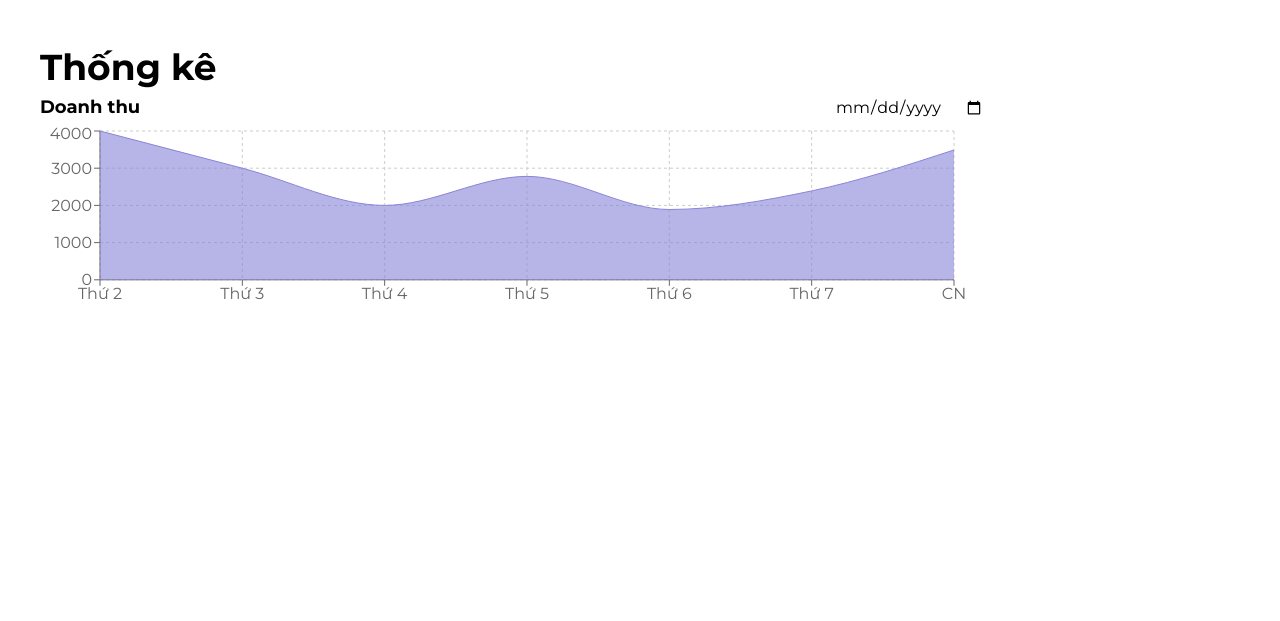
Repository: iphoneboy46/AltaMediaCMS
Page: /
An editor plug-in stored every save of this project. The page is shown before and after the next save, followed by the edit.
The browser window is 1280 px wide. The pictures show the whole page.
Some web libraries are served in a nearby version. The project was rebuilt for these pictures with package versions that can differ from the ones it lists, and the page was loaded fresh each time.

Above is the page before, as saved 2023-03-26 22:01:20.

### public/index.html
<!DOCTYPE html>
<html lang="en">
  <head>
    <meta charset="utf-8" />
    <link rel="icon" href="%PUBLIC_URL%/favicon.ico" />
    <meta name="viewport" content="width=device-width, initial-scale=1" />
    <meta name="theme-color" content="#000000" />
    <meta
      name="description"
      content="Web site created using create-react-app"
    />
    <link rel="apple-touch-icon" href="%PUBLIC_URL%/logo192.png" />
    <!--
      manifest.json provides metadata used when your web app is installed on a
      user's mobile device or desktop. See https://developers.google.com/web/fundamentals/web-app-manifest/
    -->
    <link rel="manifest" href="%PUBLIC_URL%/manifest.json" />
    <!--
      Notice the use of %PUBLIC_URL% in the tags above.
      It will be replaced with the URL of the `public` folder during the build.
      Only files inside the `public` folder can be referenced from the HTML.

      Unlike "/favicon.ico" or "favicon.ico", "%PUBLIC_URL%/favicon.ico" will
      work correctly both with client-side routing and a non-root public URL.
      Learn how to configure a non-root public URL by running `npm run build`.
    -->
    <link rel="stylesheet" href="https://cdnjs.cloudflare.com/ajax/libs/font-awesome/6.3.0/css/all.min.css" integrity="sha512-SzlrxWUlpfuzQ+pcUCosxcglQRNAq/DZjVsC0lE40xsADsfeQoEypE+enwcOiGjk/bSuGGKHEyjSoQ1zVisanQ==" crossorigin="anonymous" referrerpolicy="no-referrer" />
    <title>React App</title>
  </head>
  <body>
    <noscript>You need to enable JavaScript to run this app.</noscript>
    <div id="root"></div>
    <!--
      This HTML file is a template.
      If you open it directly in the browser, you will see an empty page.

      You can add webfonts, meta tags, or analytics to this file.
      The build step will place the bundled scripts into the <body> tag.

      To begin the development, run `npm start` or `yarn start`.
      To create a production bundle, use `npm run build` or `yarn build`.
    -->
  </body>
</html>

### src/App.tsx

import './App.css';
import Home from './components/Home/Home';
import MenuBar from './components/Menu/MenuBar';

function App() {
  return (
    <div className="App">
      {/* <MenuBar /> */}
      <Home />
    </div>
  );
}

export default App;

### src/App.css
@import url('https://fonts.googleapis.com/css2?family=Montserrat:wght@300;400;500;700&display=swap');

*{
  margin: 0;
  padding: 0;
  box-sizing: border-box;
  font-family: 'Montserrat', sans-serif;
}

### src/components/Home/Home.tsx
import React from 'react'
import Charts from '../Charts/Charts'

function Home() {
  return (
    <div className="w-[80%] bg-[white] p-10">
        <div className="">
            <h1 className="text-[black] text-[36px] font-[700]">Thống kê</h1>
        </div>
        <div className="flex items-center justify-between">
           <div> <h2 className="text-[black] text-[18px] font-[600]">Doanh thu</h2></div>
           <div>
             <input className="" type="date" value="" />
           </div>
        </div>
        <Charts />
    </div>
  )
}

export default Home

### src/components/Charts/Charts.tsx
import React from "react";
import {
  AreaChart,
  Area,
  XAxis,
  YAxis,
  CartesianGrid,
  Tooltip,
  ResponsiveContainer,
} from "recharts";
function Charts() {
  const data = [
    {
      name: "Thứ 2",
      uv: 4000,

    },
    {
      name: "Thứ 3",
      uv: 3000,

    },
    {
      name: "Thứ 4",
      uv: 2000,

    },
    {
      name: "Thứ 5",
      uv: 2780,

    },
    {
      name: "Thứ 6",
      uv: 1890,

    },
    {
      name: "Thứ 7",
      uv: 2390,

    },
    {
      name: "CN",
      uv: 3490,

    },
  ];

  return (
    <div className="w-[100%] h-[100%] bg-yellowMain">
      <ResponsiveContainer width="100%" aspect={5}>
        <AreaChart
          width={500}
          height={400}
          data={data}
          margin={{
            top: 10,
            right: 30,
            left: 0,
            bottom: 0,
          }}
        >
          <CartesianGrid strokeDasharray="3 3" />
          <XAxis dataKey="name" />
          <YAxis dataKey="money" />
          <Tooltip />
          <Area
            type="monotone"
            dataKey="uv"
            stackId="1"
            stroke="#8884d8"
            fill="#8884d8"
          />
        </AreaChart>
      </ResponsiveContainer>
    </div>
  );
}

export default Charts;

### tailwind.config.js

module.exports = {
  content: [
    "./src/**/*.{js,jsx,ts,tsx}",
    ],
  theme: {
    extend: {},
    colors:{
        'yellowMain':"#FFB800",
         'background' :"#E5E5E5"

    }
  },
  plugins: [],
}

Loaded but not shown: src/index.tsx (common file); src/index.css (common file); src/reportWebVitals.ts (common file)

After the next save:
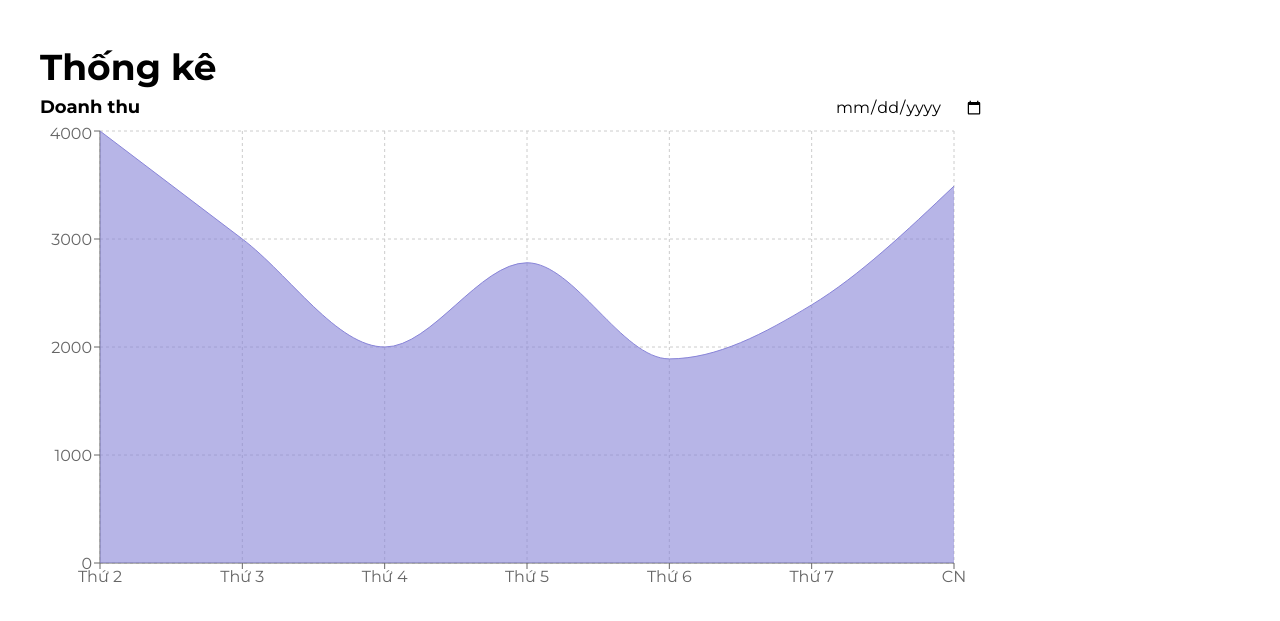
Saved 6 s later.
--- a/src/components/Charts/Charts.tsx
+++ b/src/components/Charts/Charts.tsx
@@ -49,7 +49,7 @@ function Charts() {
 
   return (
     <div className="w-[100%] h-[100%] bg-yellowMain">
-      <ResponsiveContainer width="100%" aspect={5}>
+      <ResponsiveContainer width="100%" aspect={2}>
         <AreaChart
           width={500}
           height={400}
